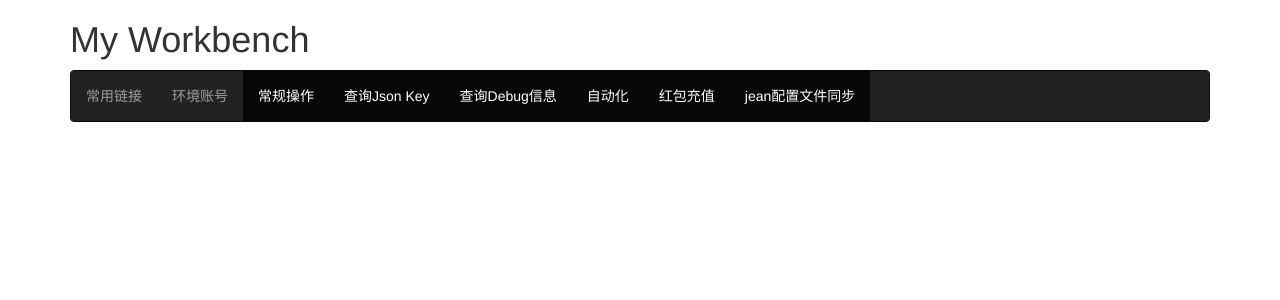
Repository: wangyanqing666/study
Page: Bootstrap学习/index.html
The author's editor kept a copy of each file at every save. The page is drawn from the files as they stood at one save, then again after the next save.
The browser window is 1280 px wide. The pictures show the whole page.
Some web libraries are served in a nearby version.

Above is the page before, as saved 2020-12-03 15:33:29.

### Bootstrap学习/index.html
<!DOCTYPE html>

<head>
    <meta charset="UTF-8">
    <title>表单和图片</title>
    <link rel="stylesheet" href="https://cdn.staticfile.org/twitter-bootstrap/3.3.7/css/bootstrap.min.css">
    <script src="https://cdn.staticfile.org/jquery/2.1.1/jquery.min.js"></script>
    <script src="https://cdn.staticfile.org/twitter-bootstrap/3.3.7/js/bootstrap.min.js"></script>
</head>

<body>
    <div class="container" >
        <h1>My Workbench</h1>
        <div class="navbar  navbar-inverse " >
            <!-- <div class='nav-collapse'> -->
                <ul class="nav navbar-nav">
                    <li > <a href="../links" id="links" name="links.html" target="fcontent">常用链接</a></li>
                    <li > <a href="../getpapertext/envAccount" id="account" name="envAccount"
                            target="fcontent">环境账号</a></li>
                    <li class="active"><a href="../syncUser" id="sync" name="sync" target="fcontent">常规操作</a></li>
                    <li class="active"><a href="../formit" id="sync" name="sync" target="fcontent">查询Json Key</a></li>
                    <li class="active"><a href="../alaskasend" id="sync" name="sync" target="fcontent">查询Debug信息</a>
                    </li>
                    <li class="active"><a href="../getpapertext/autoTest" id="autoTest" name="autoTest"
                            target="fcontent">自动化</a></li>
                    <li class="active"><a href="../redPackage" id="redPackage" name="redPackage"
                            target="fcontent">红包充值</a></li>
                    <li class="active"><a href="../synconfig" id="synconfig" name="synconfig"
                            target="fcontent">jean配置文件同步</a></li>
                </ul>
            <!-- </div> -->
        </div>
    </div>
    <!-- <div class="container" style="background:#FFF; color:#000; border:none; height:850px; width:80%; solid #D4CD49;">
        <iframe src="../links" id="iframe" name="fcontent" style="height:100%; width:100%" frameborder="0" border="0"
            framespacing="0"></iframe>
    </div> -->
</body>

</html>

After the next save:
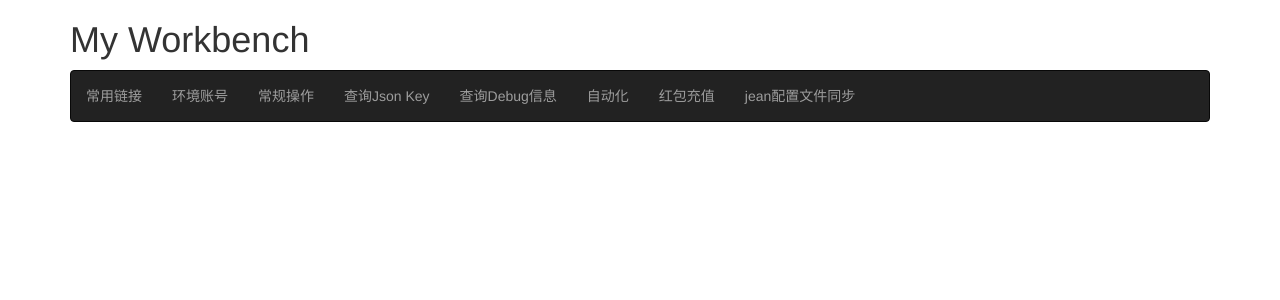
Saved 78 s later.
--- a/Bootstrap学习/index.html
+++ b/Bootstrap学习/index.html
@@ -17,15 +17,15 @@
                     <li > <a href="../links" id="links" name="links.html" target="fcontent">常用链接</a></li>
                     <li > <a href="../getpapertext/envAccount" id="account" name="envAccount"
                             target="fcontent">环境账号</a></li>
-                    <li class="active"><a href="../syncUser" id="sync" name="sync" target="fcontent">常规操作</a></li>
-                    <li class="active"><a href="../formit" id="sync" name="sync" target="fcontent">查询Json Key</a></li>
-                    <li class="active"><a href="../alaskasend" id="sync" name="sync" target="fcontent">查询Debug信息</a>
+                    <li ><a href="../syncUser" id="sync" name="sync" target="fcontent">常规操作</a></li>
+                    <li ><a href="../formit" id="sync" name="sync" target="fcontent">查询Json Key</a></li>
+                    <li ><a href="../alaskasend" id="sync" name="sync" target="fcontent">查询Debug信息</a>
                     </li>
-                    <li class="active"><a href="../getpapertext/autoTest" id="autoTest" name="autoTest"
+                    <li ><a href="../getpapertext/autoTest" id="autoTest" name="autoTest"
                             target="fcontent">自动化</a></li>
-                    <li class="active"><a href="../redPackage" id="redPackage" name="redPackage"
+                    <li ><a href="../redPackage" id="redPackage" name="redPackage"
                             target="fcontent">红包充值</a></li>
-                    <li class="active"><a href="../synconfig" id="synconfig" name="synconfig"
+                    <li ><a href="../synconfig" id="synconfig" name="synconfig"
                             target="fcontent">jean配置文件同步</a></li>
                 </ul>
             <!-- </div> -->
